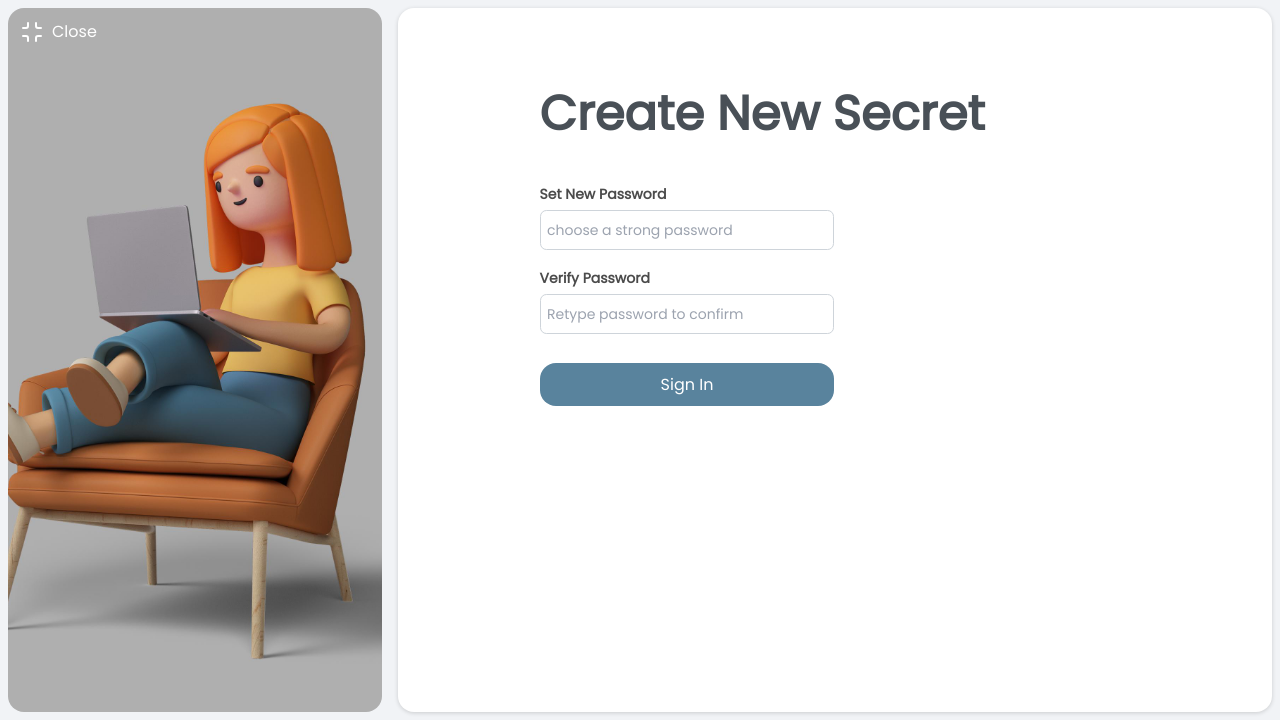
Repository: syni18/cleareyecare
Page: /reset-password (app in client/)
An editor plug-in stored every save of this project. The page is shown before and after a run of saves, followed by the edit.
The browser window is 1280 px wide. The pictures show the whole page.
The page's requests for data from a server got no answer. Some web fonts or font styles are not loaded; a fallback is used. Some web libraries are served in a nearby version. The project was rebuilt for these pictures with package versions that can differ from the ones it lists, and the page was loaded fresh each time. No one was signed in, and anything a server would have sent is missing. Also part of the build but not shown: client/vite.config.js, client/src/components/nav/navigation.css, client/src/components/dropdown/Dropdown.jsx, client/src/redux/store/cartStore.js, client/src/components/nav/Navigation.jsx, client/src/components/footer/footer.css, client/src/components/footer/Footer.jsx.

Above is the page before, as saved 2024-11-17 21:04:05.

### client/index.html
<!doctype html>
<html lang="en">
  <head>
    <meta charset="UTF-8" />
    <link rel="icon" type="image/svg+xml" href="/vite.svg" />
    <meta name="viewport" content="width=device-width, initial-scale=1.0" />
    <link rel="stylesheet" type="text/css" charset="UTF-8" href="https://cdnjs.cloudflare.com/ajax/libs/slick-carousel/1.6.0/slick.min.css" />
    <link rel="stylesheet" type="text/css" href="https://cdnjs.cloudflare.com/ajax/libs/slick-carousel/1.6.0/slick-theme.min.css" />
    <title>Clear Eye Care</title>
  </head>
  <body>
    <div id="root"></div>
    <script type="module" src="/src/main.jsx"></script>
  </body>
</html>

### client/src/main.jsx
import React from "react";
import ReactDOM from "react-dom/client";
import App from "./App.jsx";
import "./index.css";
import store from "./redux/store.js";
import { Provider } from "react-redux";
import { QueryClient, QueryClientProvider } from "react-query";

const queryClient = new QueryClient();

ReactDOM.createRoot(document.getElementById("root")).render(
  <React.StrictMode>
    <Provider store={store}>
      <QueryClientProvider client={queryClient}>
        <App />
      </QueryClientProvider>
    </Provider>
  </React.StrictMode>
);

### client/src/App.jsx
import React, { Suspense, lazy } from "react";
import { createBrowserRouter, RouterProvider } from "react-router-dom";
import Navigation from "./components/nav/Navigation";
import Footer from "./components/footer/Footer";
import "./App.css"; // Ensure global CSS is imported

// Dynamic imports
const HomePage = lazy(() => import("./components/homepage/HomePage"));
const Login = lazy(() => import("./components/auth/Login"));
const Signup = lazy(() => import("./components/auth/Signup"));
// new ui
// const Signup = lazy(() => import("./containers/Authentication/signup/Signup"));
const Recovery = lazy(() => import("./components/auth/Recovery"));
const ResetPassword = lazy(() => import("./components/auth/ResetPassword"));
const ShoppingBag = lazy(() => import("./components/cart/ShoppingBag"));
const Profile = lazy(() => import("./components/profile/Profile"));
const ProfileInfo = lazy(() => import("./components/profile/ProfileInfo"));
const ManageAddress = lazy(() => import("./components/address/ManageAddress"));
const PANUpload = lazy(() => import("./components/PANupload/PANUpload"));
const SavedAuthPayCard = lazy(() =>
  import("./components/savedauthpayment/SavedAuthPayCard")
);
const SavedAuthPayUPI = lazy(() =>
  import("./components/savedauthpayment/SavedAuthPayUPI")
);
const GiftCard = lazy(() => import("./components/giftcard/GiftCard"));
const Coupons = lazy(() => import("./components/coupons-offers/Coupons"));
const Watchlist = lazy(() => import("./components/watchlist/Watchlist"));
const Orders = lazy(() => import("./components/orders/Orders"));
const SpecificOrders = lazy(() => import("./components/orders/SpecificOrders"));
const ItemDetails = lazy(() => import("./components/products/ItemDetails"));
const SizeChart = lazy(() => import("./components/sizechart/SizeChart"));
const RateProductForm = lazy(() =>
  import("./components/rateproductform/RateProductForm")
);
const ProductView = lazy(() => import("./components/products/ProductView"));
const BillingAddress = lazy(() => import("./components/cart/BillingAddress"));
const CartLogin = lazy(() => import("./components/empty/CartLogin"));
const Banner = lazy(() => import("./components/banner/Banner"));
const Dashboard = lazy(() => import("./components/game/compnents/Dashboard"));


// Layout Component
const Layout = ({ children, showHeaderFooter = true }) => (
  <>
    {showHeaderFooter && <Navigation />}
    <Suspense fallback={<div>Loading...</div>}>{children}</Suspense>
    {showHeaderFooter && <Footer />}
  </>
);


const router = createBrowserRouter([
  {
    path: "/",
    element: (
      <Layout>
        <Banner />
        <HomePage />
      </Layout>
    ),
  },
  {
    path: "/login",
    element: (
      <Layout showHeaderFooter={false}>
        <Login />
      </Layout>
    ),
  },
  {
    path: "/signup",
    element: (
      <Layout showHeaderFooter={false}>
        <Signup />
      </Layout>
    ),
  },
  {
    path: "/recovery",
    element: (
      <Layout showHeaderFooter={false}>
        <Recovery />
      </Layout>
    ),
  },
  {
    path: "/reset-password",
    element: (
      <Layout showHeaderFooter={false}>
        <ResetPassword />
      </Layout>
    ),
  },
  {
    path: "/cart",
    element: (
      <Layout>
        <ShoppingBag />
      </Layout>
    ),
  },
  {
    path: "/profile",
    element: (
      <Layout>
        <Profile />
      </Layout>
    ),
    children: [
      { path: "", element: <ProfileInfo /> },
      { path: "userinfo", element: <ProfileInfo /> },
      { path: "manage-address", element: <ManageAddress /> },
      { path: "pan-upload", element: <PANUpload /> },
      { path: "saved-auth-payment-cards", element: <SavedAuthPayCard /> },
      { path: "saved-auth-payment-upi", element: <SavedAuthPayUPI /> },
      { path: "saved-auth-giftCards", element: <GiftCard /> },
      { path: "myCoupons", element: <Coupons /> },
      { path: "reviews-ratings", element: <GiftCard /> },
      { path: "watchlist", element: <Watchlist /> },
    ],
  },
  {
    path: "/orders",
    element: (
      <Layout>
        <Orders />
      </Layout>
    ),
  },
  {
    path: "/specific-orders/:id",
    element: (
      <Layout>
        <SpecificOrders />
      </Layout>
    ),
  },
  {
    path: "/item/:id",
    element: (
      <Layout>
        <ItemDetails />
      </Layout>
    ),
    children: [{ path: "", element: <SizeChart /> }],
  },
  {
    path: "/rate&review-pkg",
    element: (
      <Layout>
        <RateProductForm />
      </Layout>
    ),
  },
  {
    path: "/search-items",
    element: (
      <Layout>
        <ProductView />
      </Layout>
    ),
  },
  {
    path: "/cart-address",
    element: (
      <Layout>
        <BillingAddress />
      </Layout>
    ),
  },
  {
    path: "/cart-login",
    element: (
      <Layout>
        <CartLogin />
      </Layout>
    ),
  },
  {
    path: "/game",
    element: (
      <Layout showHeaderFooter={false}>
        <Dashboard />
      </Layout>
    ),
  },
]);

function App() {
  return (
    <main>
      <RouterProvider router={router} />
    </main>
  );
}

export default App;

### client/src/index.css
@tailwind base;
@tailwind components;
@tailwind utilities;

:root {
  font-family: Inter, system-ui, Avenir, Helvetica, Arial, sans-serif;
  line-height: 1.5;
  font-weight: 400;
  background-color: #f1f3f6;;

  text-rendering: optimizeLegibility;
  -webkit-font-smoothing: antialiased;
  -moz-osx-font-smoothing: grayscale;
}
html, body {
  height: 100%;
  margin: 0;
}

/* Flexbox setup on the body to push the footer down */
body {
  display: flex;
  flex-direction: column;
  justify-content: space-between; /* This will push the footer to the bottom */
}

.footer-wrapper {
  margin-top: auto; /* This will automatically adjust the margin to push the footer to the bottom */
}

### client/src/redux/store.js
// src/redux/store.js
import { configureStore } from '@reduxjs/toolkit';
import cartReducer from './reducer/cartReducer';
import watchlistReducer from './reducer/watchlistReducer';

const store = configureStore({
  reducer: {
    cart: cartReducer,
    watchlist: watchlistReducer,
  },
});

export default store;

### client/src/App.css
@import url('https://fonts.googleapis.com/css2?family=Bellota:wght@700&family=Poppins&family=Quicksand:wght@300&display=swap');
*{
    margin: 0;
    padding: 0;
    box-sizing: border-box;
    font-family: Poppins;
}
ul{
  list-style: none;
}

a {
  color: black;
  text-decoration: none;
}
input::-webkit-inner-spin-button,
input::-webkit-outer-spin-button{
    -webkit-appearance: none;
    margin: 0;
}
input::-webkit-search-cancel-button{
    display: none;
}

### client/src/components/auth/ResetPassword.jsx
import { useFormik } from 'formik';
import { Minimize } from 'lucide-react';
import React from 'react'
import './resetPassword.css';
import { Link, Navigate, useNavigate } from 'react-router-dom';
import { resetPasswordValidation } from '../../helper/validate';
import { resetPassword } from '../../helper/helper';
import { useAuthStore } from '../../redux/store/authStore';
import toast, { Toaster } from "react-hot-toast";
import useFetch from '../../hooks/fetchHooks';
import AuthLeftBox from './AuthLeftBox';

const FormField = ({ label, type, id, placeholder, formikProps }) => (
  <>
    <label htmlFor={id}>{label}</label>
    <input type={type} id={id} placeholder={placeholder} {...formikProps} />
  </>
);

function ResetPassword() {
  const {useremail} = useAuthStore(state => state.auth);
  const [{ isLoading, apiData, status, serverError }] = useFetch("createResetSession");
  const {handleSubmit, getFieldProps} = useFormik({
    initialValues: {
      password: "",
      confirmPassword: ""
    },
    validate: resetPasswordValidation,
    validateOnBlur: false,
    validateOnChange:false,
    onSubmit: async (values) => {
      console.log("values: ", values, useremail);
      let resetPromise = resetPassword({useremail, password: values.password});

      toast.promise(resetPromise, {
        loading: 'Updating...',
        success: <b>Reset Succesfully.</b>,
        error: <b>Could not Reset! Try again</b>
      })
      resetPromise.then(function(){
        navigate('/login')
      })
    }
  })
  const navigate = useNavigate();
  const handleCloseBox = () => {
    navigate("/");
  };
    // if (isLoading) return <h1 className="text-2xl font-bold">isLoading</h1>;
    // if (serverError)
    //   return <h1 className="text-xl text-red-500">{serverError.message}</h1>;
    // if (status && status !== 201)
    //   return <Navigate to={"/login"} replace={true}></Navigate>;
  return (
    <section className="login-wrapper">
      <Toaster position="bottom-right" />
      <div className="login-container">
        <AuthLeftBox />
        <div className="loco-right">
          <div className="lort-box">
            <span className="lrtb-header">Create New Secret</span>
            <form className="login-form-wrapper" onSubmit={handleSubmit}>
              <FormField
                label="Set New Password"
                type="text"
                id="pswd-help"
                placeholder="choose a strong password"
                fieldProps={getFieldProps("newpassword")}
              />
              <FormField
                label="Verify Password"
                type="text"
                id="cnf-paswd-help"
                placeholder="Retype password to confirm"
                fieldProps={getFieldProps("cnfpassword")}
              />
              <button type="submit">Sign In</button>
              {/* <Link to='/signup'>
                <button type="button" id="lfw-create-account">
                  Create Account
                </button>
              </Link> */}
            </form>
          </div>
        </div>
      </div>
    </section>
  );
}

export default ResetPassword

### client/src/redux/reducer/cartReducer.js
// src/redux/reducers/cartReducer.js
import { createSlice } from "@reduxjs/toolkit";

const initialState = {
  cartCount: 0,
  cartItems: [],
};

const cartSlice = createSlice({
  name: "cart",
  initialState,
  reducers: {
    addToCart: (state, action) => {
      const existingItemIndex = state.cartItems.findIndex(
        (item) => item._id === action.payload._id
      );

      if (existingItemIndex >= 0) {
        state.cartItems[existingItemIndex].quantity +=
          action.payload.quantity || 1;
      } else {
        state.cartItems.push({
          ...action.payload,
          quantity: action.payload.quantity || 1,
        });
      }

      state.cartCount += action.payload.quantity || 1;
    },
    removeFromCart: (state, action) => {
      const itemIndex = state.cartItems.findIndex(
        (item) => item._id === action.payload
      );
      if (itemIndex >= 0) {
        const item = state.cartItems[itemIndex];
        state.cartCount -= item.quantity;
        state.cartItems.splice(itemIndex, 1);
      }
    },
    increaseQuantity: (state, action) => {
      const item = state.cartItems.find((item) => item._id === action.payload);
      if (item) {
        item.quantity += 1;
      }
    },
    decreaseQuantity: (state, action) => {
      const item = state.cartItems.find((item) => item._id === action.payload);
      if (item && item.quantity > 1) {
        item.quantity -= 1;
      }
    },
  },
});

export const { addToCart, removeFromCart, increaseQuantity, decreaseQuantity } =
  cartSlice.actions;
export default cartSlice.reducer;

### client/src/components/auth/AuthLeftBox.jsx
import React from 'react'
import { Minimize } from "lucide-react";
import { useNavigate } from 'react-router-dom';

function AuthLeftBox() {
  const navigate = useNavigate();
    const handleCloseBox = () => {
      navigate("/");
    };
  return (
    <>
      {" "}
      <span className="auth-wrap-close" onClick={handleCloseBox}>
        <Minimize /> <span className="auth-wrcl-text">Close</span>
      </span>
      <div className="loco-left">

      </div>
    </>
  );
}

export default AuthLeftBox

### client/src/redux/store/authStore.js
// src/store/useAuthStore.js (or any path you prefer)
import { create } from "zustand";

export const useAuthStore = create((set) => ({
  auth: {
    userId: "",
    username: "",
    useremail: "",
    role: "",
    active: false,
  },
  setFullname: (username) =>
    set((state) => ({ auth: { ...state.auth, username: username } })),
  setUseremail: (useremail) =>
    set((state) => ({ auth: { ...state.auth, useremail: useremail } })),
  setUserId: (userId) =>
    set((state) => ({ auth: { ...state.auth, userId: userId } })),
}));

### client/src/components/auth/resetPassword.css
:root {
    --primary-color: #59839d;
    --secondary-color: #f1f3f6;
    --text-color: #495057;
    --border-color: #ced4da;
    --hover-bg-color: #f8f9fa;
    --light-bg-color: #ffffff;
}

.login-wrapper {
    width: 100%;
    height: 100vh;
    display: flex;
    align-items: center;
    justify-content: center;
    background-color: var(--secondary-color);
}

.auth-wrap-close {
    position: absolute;
    top: 20px;
    left: 20px;
    color: white;
    display: flex;
    align-items: center;
    cursor: pointer;
}

.auth-wrap-close .auth-wrcl-text {
    margin-left: 0.5rem;
}

.login-container {
    position: relative;
    width: 100%;
    height: 100%;
    display: flex;
}

.login-container .loco-left {
    flex: 30%;
    display: flex;
    flex-direction: column;
    justify-content: center;
    margin: 0.5rem;
    border-radius: 16px;
    background-image: url('../../assets/5141092.jpg'); /* Replace with your image path */
    background-size: cover;
    background-position: center;
    background-repeat: no-repeat;
    color: #ffffff;
}

.login-container .loco-left h1 {
    font-size: 3rem;
    font-weight: 500;
    width: max-content;
    margin-left: 2rem;
    border-bottom: 7px solid #ffffff;
    border-radius: 4px;
}

.login-container .loco-left h3,
.login-container .loco-left h5 {
    font-weight: normal;
    margin-top: 1rem;
    margin-left: 2rem;
}

.login-container .loco-right {
    flex: 70%;
    box-shadow: rgba(0, 0, 0, 0.16) 0px 1px 4px;
    display: flex;
    justify-content: center;
    align-items: center;
    margin: 0.5rem;
    border-radius: 16px;
    flex-direction: column;
    background-color: var(--light-bg-color);
}

.lort-box {
    width: 75%;
    /* border: 1px solid black; */
    height: 80%;
}

.lort-already {
    width: 80%;
    margin: 1rem;
    text-align: right;
}

.lrtady-link {
    cursor: pointer;
}

.lrtady-span-text {
    opacity: 0.5;
    font-size: 14px;
}

.lrtady-login {
    color: #b76d3e;
    font-weight: 600;
    margin-left: 0.25rem;
    font-size: 14px;
}

.lrtb-header {
    margin: 1rem 1rem 1rem 2rem;
    font-size: 48px;
    color: var(--text-color);
    font-weight: 900;
}

.social-signup {
    display: flex;
    gap: 1rem;
    margin: 3rem 1rem 1rem 2rem;
}

.social-btn {
    display: flex;
    align-items: center;
    justify-content: center;
    gap: 0.5rem;
    padding: 0.40rem 2.1rem;
    border: 1px solid var(--border-color);
    border-radius: 9px;
    text-decoration: none;
    color: var(--text-color);
    background-color: var(--light-bg-color);
    transition: background-color 0.3s ease, transform 0.2s ease;
}

.social-btn:hover {
    background-color: var(--hover-bg-color);
    transform: scale(1.0);
}

.google-btn svg,
.facebook-btn svg {
    width: 1.5rem;
    height: 1.5rem;
}

.horizontal-divider-with-text {
    display: flex;
    margin: 3rem 1rem 1rem 2rem;
    width: 45%;
    font-size: 14px;
    font-weight: 600;
}

.horizontal-divider-with-text span {
    font-size: 1rem;
    font-weight: bold;
    color: #555;
}

.loco-right .login-form-wrapper {
    width: 45%;
    margin: 2rem 1rem 2rem 2rem;
}

.login-form-wrapper label {
    font-size: 14px;
    font-weight: 600;
    opacity: 0.7;
}

.login-form-wrapper input {
    outline: none;
    border: 1px solid var(--border-color);
    width: 100%;
    height: 2.5rem;
    font-size: 14px;
    padding-left: 0.4rem;
    margin: 0.25rem 0 1rem 0;
    border-radius: 0.4rem;
    background-color: var(--light-bg-color);
}

.login-form-wrapper input:focus::-webkit-input-placeholder {
    color: transparent;
}

.login-form-wrapper p {
    margin-top: 1.5rem;
    font-size: 12px;
}

.login-form-wrapper p em {
    color: var(--primary-color);
    cursor: pointer;
}

.lfw-name {
    display: flex;
}

.lfw-name span:first-child {
    margin-right: 0.5rem;
}

.login-form-wrapper button,
.login-linkbtn {
    width: 100%;
    margin-top: 0.8rem;
    border-radius: 1rem;
    border: none;
    padding: 0.6rem 2rem;
    background: var(--primary-color);
    color: #ffffff;
    cursor: pointer;
}
#lfw-create-account {
    width: 100%;
    margin-top: 0.8rem;
    border-radius: 9rem;
    border: none;
    padding: 0.6rem 2rem;
    background: #b76d3e;
    color: #ffffff;
    cursor: pointer;
}

.lfw-forget{
    font-size: 12px;
    width: 100%;
    margin: 0.5rem 0;
    text-align: right;
    /* border: 1px solid black; */
    font-weight: 900;
}
.lfw-forget-link {
    color: #b76d3e;
    margin-left: 0.2rem;
}
/* Responsive Styles */
@media (max-width: 1200px) {
    .login-container {
        flex-direction: column; /* Stack the left and right sections on smaller screens */
    }

    .login-container .loco-left,
    .login-container .loco-right {
        flex: 100%; /* Full width for both sections */
        margin: 0; /* Remove margins for better alignment */
    }

    .lort-box {
        width: 90%; /* Adjust width for smaller screens */
    }

    .loco-right .login-form-wrapper {
        width: 90%; /* Adjust form width */
    }
}

@media (max-width: 992px) {
    .lbtb-header {
        font-size: 36px; /* Reduce header size */
    }

    .social-signup {
        flex-direction: column; /* Stack social buttons */
        align-items: center; /* Center align */
    }

    .social-btn {
        width: 100%; /* Full width for social buttons */
        margin-bottom: 1rem; /* Add space between buttons */
    }
}

@media (max-width: 768px) {
    .login-container .loco-left h1 {
        font-size: 2.5rem; /* Reduce heading size */
    }

    .login-container .loco-left h3,
    .login-container .loco-left h5 {
        margin-left: 1rem; /* Reduce margin */
    }

    .login-form-wrapper label {
        font-size: 12px; /* Reduce label size */
    }

    .login-form-wrapper input {
        height: 2rem; /* Reduce input height */
    }

    .login-form-wrapper button {
        padding: 0.5rem 1.5rem; /* Adjust button padding */
    }
}

@media (max-width: 576px) {
    .login-container {
        flex-direction: column; /* Stack entire login container */
    }
    .login-container .loco-left {
        display: none; /* Hide the AuthLeftbox component */
    }
    .lort-already {
        display: none; /* Hide the element */
    }
    .login-container .loco-left,
    .login-container .loco-right {
        flex: 100%; /* Full width */
    }

    .lort-box {
        width: 95%; /* Adjust box width */
    }

    .horizontal-divider-with-text {
        width: 90%; /* Adjust width for smaller screens */
    }

    .login-form-wrapper {
        width: 100%; /* Full width for form wrapper */
    }
}

### client/src/hooks/fetchHooks.js
import axios from "axios";
import { useEffect, useState } from "react";
import { getUsername } from "../helper/helper";

axios.defaults.baseURL = 'http://localhost:8080';

/** custom hook */
export default function useFetch(query) {
  // console.log(query);
  const [getData, setData] = useState({
    isLoading: false,
    apiData: undefined,
    status: null,
    serverError: null,
  });

  useEffect(() => {
    const fetchData = async () => {
      try {
        setData((prev) => ({ ...prev, isLoading: true }));

        const { username } = !query ? await getUsername() : "";

        const { data, status } = !query
          ? await axios.get(`v1/api/user/${username}`)
          : await axios.get(`v1/api/${query}`);

        if (status === 201) {
          setData((prev) => ({ ...prev, isLoading: false }));
          setData((prev) => ({ ...prev, apiData: data, status: status }));
        }

        setData((prev) => ({ ...prev, isLoading: false }));
      } catch (error) {
        setData((prev) => ({ ...prev, isLoading: false, serverError: error }));
      }
    };
    fetchData();
  }, [query]);

  return [getData, setData];
}

### client/src/components/dropdown/dropdown.css
:root {
  --primary-bg: #242526;
  --secondary-bg: #fff;
  --primary-text-color: #555;
  --secondary-text-color: #cecece;
  --border-radius: 4px;
  --speed: 500ms;
}
.auth-dropdown-wrapper{
  position: absolute;
  top:50px;
  right: 150px;
  background-color: #fff;
  border-radius: var(--border-radius);
  /* padding: 8px 15px; */
  width: 150px;
  border: 1px solid #d3d3d3;
}
.auth-dropdown-wrapper::before{
  content: '';
  position: absolute;
  z-index: ;
  top: -25px;
  right: 5px;
  background-color: transparent;
  /* border: 1px solid #d3d3d3; */
  height: 25px;
  width: 45px;

  transform: rotate(90deg);
}
.dropdown-menu.active{
  opacity: 1;
  visibility: visible;
  transform: translateY(0);
  transition: var(--speed) ease;
}

.dropdown-menu.inactive{
  opacity: 0;
  visibility: hidden;
  transform: translateY(-20px);
  transition: var(--speed) ease;
}
.auth-dropdown-container li a{
  display: flex;
  align-items: center;
  justify-content: space-between;
  /* margin: 0.5rem 0; */
  padding: 8px  10px;
  /* border-top: 1px solid rgba(0, 0, 0, 0.05); */
}
.auth-dropdown-container li .lucide {
  color: #555;
}
.auth-dropdown-container li:hover{
  background-color: #f1f3f6;
  border-radius: 4px;
  color: #007bff;
  /* font-weight: 600; */
}
.auth-dropdown-container li:hover .lucide{
  color: #f1f3f6 !important;
  fill: #007bff;
}

### client/tailwind.config.js
/** @type {import('tailwindcss').Config} */
module.exports = {
  content: [
    "./src/**/*.{js,jsx,ts,tsx}", // Targeting React component files
    "./public/index.html", // Include HTML entry file if necessary
  ],
  theme: {
    extend: {
      colors: {
        customBlue: "#1B9C9C",
        customGray: "#333333",
      },
    },
  },
  plugins: [],
};

Loaded but not shown: client/src/helper/helper.js (351 lines, source omitted); client/src/redux/reducer/watchlistReducer.js (128 lines, source omitted); client/src/helper/validate.js (112 lines, source omitted)

After the next 2 saves:
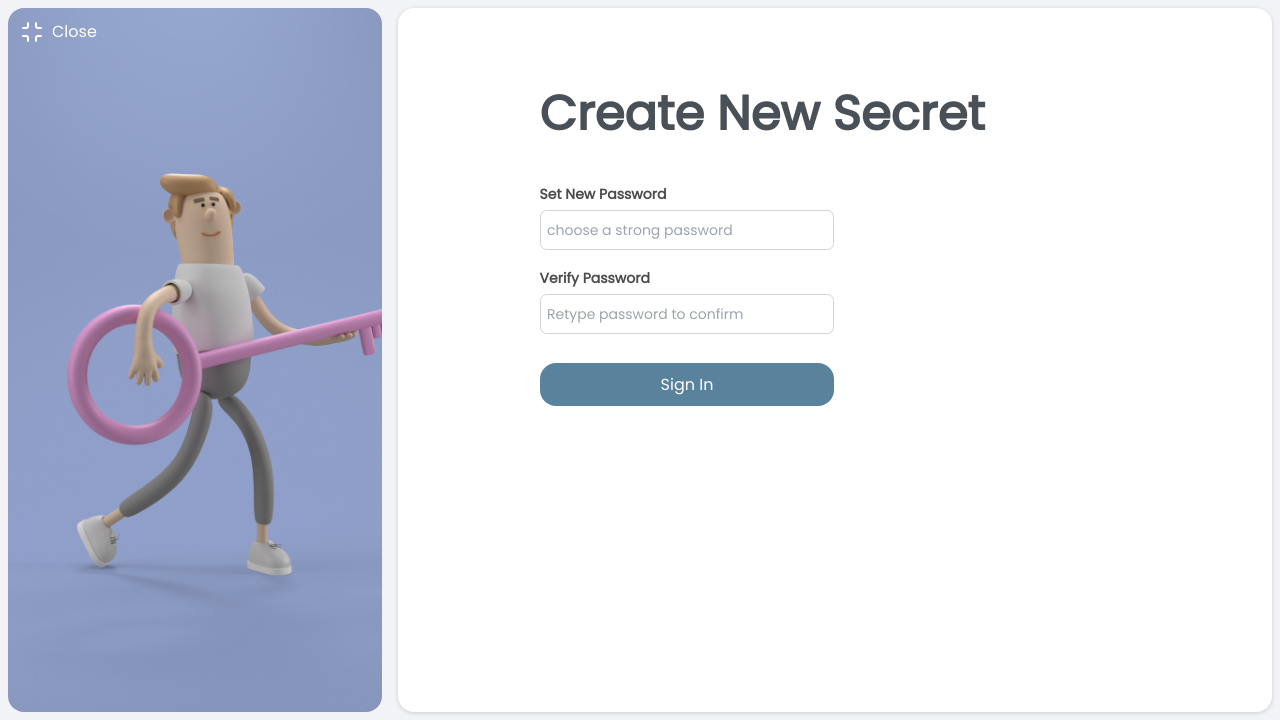
The 2 saves are shown as one change because they came seconds apart.
The last was saved 39 s later.
--- a/client/src/components/auth/resetPassword.css
+++ b/client/src/components/auth/resetPassword.css
@@ -44,7 +44,7 @@
     justify-content: center;
     margin: 0.5rem;
     border-radius: 16px;
-    background-image: url('../../assets/5141092.jpg'); /* Replace with your image path */
+    background-image: url('../../assets/27305982_88.jpg'); /* Replace with your image path */
     background-size: cover;
     background-position: center;
     background-repeat: no-repeat;
